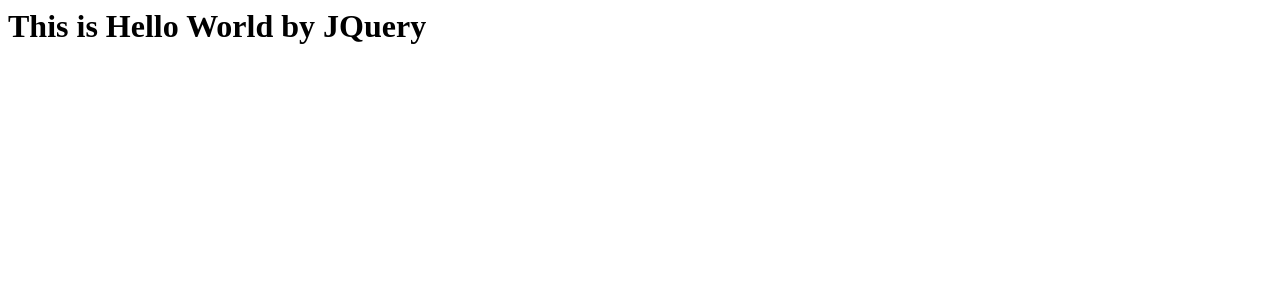
Repository: mep47/GerontechnologyOntology
Page: OntoWeb/WebContent/pages/TreeView.html
These files come from the project's save history. The page is drawn as it stood at one moment and after the next save; the edit follows.
The browser window is 1280 px wide. The pictures show the whole page.

Above is the page before, as saved 2014-06-21 13:11:12.

After the next save:
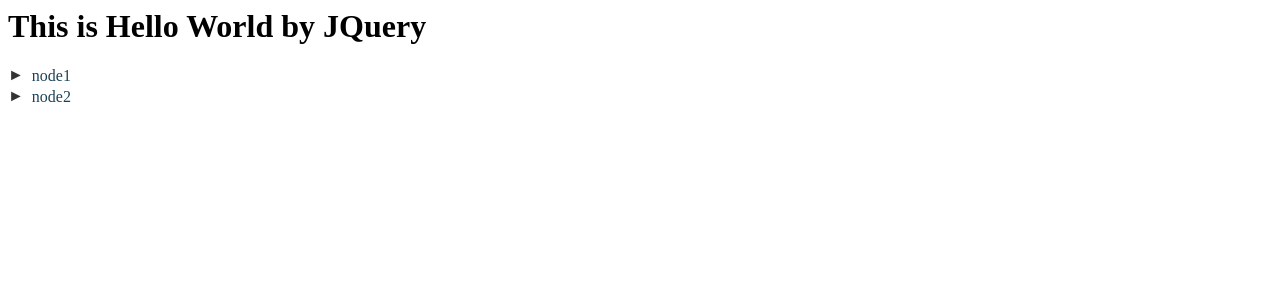
Saved 2 min 35 s later.
--- a/OntoWeb/WebContent/pages/TreeView.html
+++ b/OntoWeb/WebContent/pages/TreeView.html
@@ -2,7 +2,10 @@
 <head>
 <title>jQuery Hello World</title>
 
+<link rel="stylesheet" href="css/jqtree.css">
+
 <script type="text/javascript" src="js/jquery.js"></script>
+<script src="js/tree.jquery.js"></script>
 
 </head>
 
@@ -14,6 +17,28 @@
  $("#msgid").html("<h1>This is Hello World by JQuery</h1>");
 });
 
+var data = [
+            {
+                label: 'node1',
+                children: [
+                    { label: 'child1' },
+                    { label: 'child2' }
+                ]
+            },
+            {
+                label: 'node2',
+                children: [
+                    { label: 'child3' }
+                ]
+            }
+        ];
+
+$(function() {
+    $('#tree1').tree({
+        data: data
+    });
+});
+
 </script>
 
 <div id="msgid">
